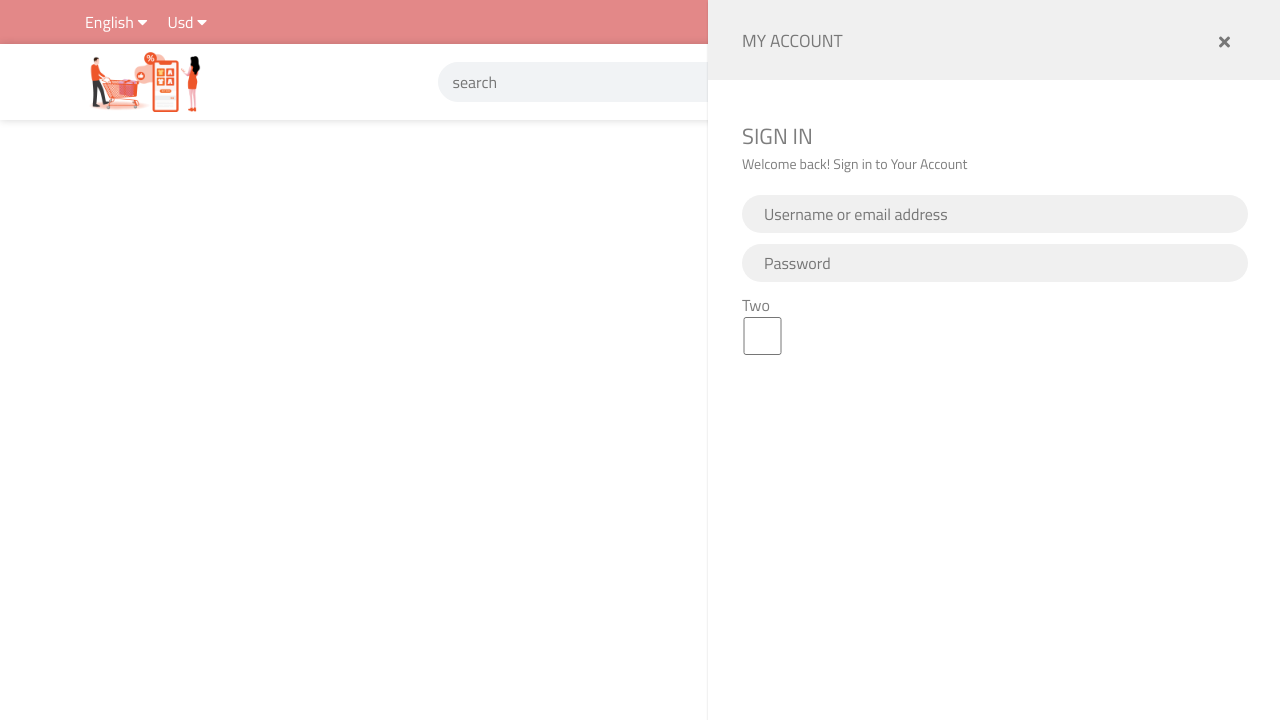
Repository: amrh20/ecommerce-temp
Page: src/index.html
The author's editor kept a copy of each file at every save. The page is drawn from the files as they stood at one save, then again after the next save.
The browser window is 1280 px wide. The pictures show the whole page.
The style sheet was rebuilt from its Sass, Less or Tailwind sources for each picture, by a compiler version that may differ from the author's.

Above is the page before, as saved 2020-01-19 14:00:21.

After the next save:
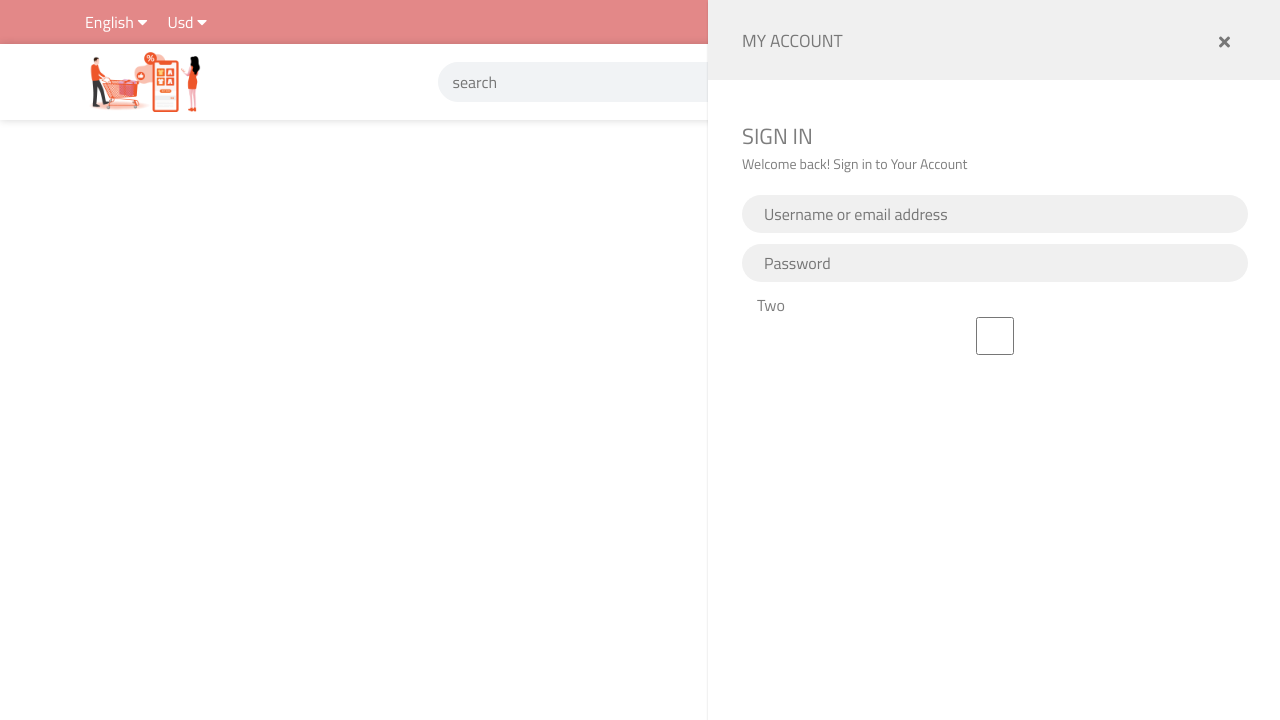
Saved 6 s later.
--- a/src/index.html
+++ b/src/index.html
@@ -283,10 +283,10 @@
                 <input type="text" placeholder="Password">
               </div>
               <div class="sign_in-remember">
-                <label class="">Two
-                  <input type="checkbox">
-                  <span class="checkmark"></span>
-                </label>
+                <label class="container">Two
+  <input type="checkbox">
+  <span class="checkmark"></span>
+</label>
               </div>
             </div>
           </div>
